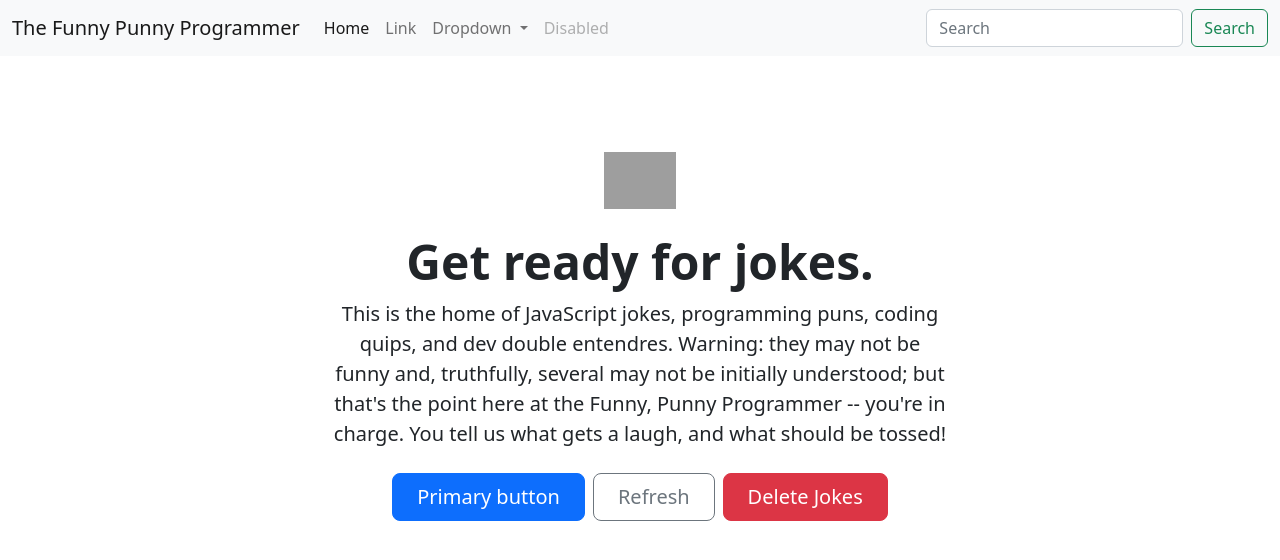
Repository: annferracane/phase-1-personal-project
Page: index.html
The author's editor kept a copy of each file at every save. The page is drawn from the files as they stood at one save, then again after a run of saves.
The browser window is 1280 px wide. The pictures show the whole page.
Pictures or frames that could not be fetched are drawn as grey boxes. The page's requests for data from a server got no answer.

Above is the page before, as saved 2022-12-07 20:22:39.

### index.html

<!DOCTYPE html>
<html lang="en">
    <head>
        <meta charset="utf-8">
        <meta name="viewport" content="width=device-width, initial-scale=1">
        <link href="https://cdn.jsdelivr.net/npm/bootstrap@5.2.2/dist/css/bootstrap.min.css" rel="stylesheet" integrity="sha384-Zenh87qX5JnK2Jl0vWa8Ck2rdkQ2Bzep5IDxbcnCeuOxjzrPF/et3URy9Bv1WTRi" crossorigin="anonymous">
        <link rel="stylesheet" href="./style.css" />
        <script defer src="./src/index.js"></script>
        <title>The Funny Punny Programmer</title>
    </head>
    <body>
        <nav class="navbar navbar-expand-lg bg-light">
            <div class="container-fluid">
              <a class="navbar-brand mb-0 h1" href="#">The Funny Punny Programmer</a>
              <button class="navbar-toggler" type="button" data-bs-toggle="collapse" data-bs-target="#navbarSupportedContent" aria-controls="navbarSupportedContent" aria-expanded="false" aria-label="Toggle navigation">
                <span class="navbar-toggler-icon"></span>
              </button>
              <div class="collapse navbar-collapse" id="navbarSupportedContent">
                <ul class="navbar-nav me-auto mb-2 mb-lg-0">
                  <li class="nav-item">
                    <a class="nav-link active" aria-current="page" href="#">Home</a>
                  </li>
                  <li class="nav-item">
                    <a class="nav-link" href="#">Link</a>
                  </li>
                  <li class="nav-item dropdown">
                    <a class="nav-link dropdown-toggle" href="#" role="button" data-bs-toggle="dropdown" aria-expanded="false">
                      Dropdown
                    </a>
                    <ul class="dropdown-menu">
                      <li><a class="dropdown-item" href="#">Action</a></li>
                      <li><a class="dropdown-item" href="#">Another action</a></li>
                      <li><hr class="dropdown-divider"></li>
                      <li><a class="dropdown-item" href="#">Something else here</a></li>
                    </ul>
                  </li>
                  <li class="nav-item">
                    <a class="nav-link disabled">Disabled</a>
                  </li>
                </ul>
                <form class="d-flex" role="search">
                  <input class="form-control me-2" type="search" placeholder="Search" aria-label="Search">
                  <button class="btn btn-outline-success" type="submit">Search</button>
                </form>
              </div>
            </div>
        </nav>
        <div class="px-4 py-5 my-5 text-center">
            <img class="d-block mx-auto mb-4" src="/docs/5.2/assets/brand/bootstrap-logo.svg" alt="" width="72" height="57">
            <h1 id="hero-header" class="display-5 fw-bold"></h1>
            <div class="col-lg-6 mx-auto">
                <p id="hero-content" class="lead mb-4"></p>
                <div class="d-grid gap-2 d-sm-flex justify-content-sm-center">
                    <button type="button" class="btn btn-primary btn-lg px-4 gap-3">Primary button</button>
                    <button id="refresh-jokes-btn" type="button" class="btn btn-outline-secondary btn-lg px-4">Refresh</button>
                    <button id="delete-jokes-btn" type="button" class="btn btn-danger btn-lg px-4 gap-3">Delete Jokes</button>
                </div>
            </div>
        </div>
        <div class="container-sm">
            <div id="joke-cards-div" class="vstack gap-4"></div>
        </div>
    </body>
</html>

### src/index.js
// DOM Global Variables & Event Listeners
const localUrlBase = 'http://localhost:3000/jokes';
const jokeCardsDiv = document.querySelector('#joke-cards-div');
const deleteJokesBtn = document.querySelector('#delete-jokes-btn');
const refreshJokesBtn = document.querySelector('#refresh-jokes-btn');
deleteJokesBtn.addEventListener('click', deleteJokesHandler);
refreshJokesBtn.addEventListener('click', function(){
    setTimeout(function(){
        fetchNewJokes();
    }, 1000);
});

// DOM Content Updates
document.querySelector('#hero-header').textContent = 'Get ready for jokes.';
document.querySelector('#hero-content').textContent =
`This is the home of JavaScript jokes, programming puns, coding
quips, and dev double entendres. Warning: they may not be funny and,
truthfully, several may not be initially understood; but that's the
point here at the Funny, Punny Programmer -- you're in charge.
You tell us what gets a laugh, and what should be tossed!`;

//fetchNewJokes();
// Display Jokes
displayJokes();

//refreshJokesHandler();

// Fetch jokes from local db.json and call display function
function displayJokes() {
    fetch(localUrlBase)
    .then(resp => resp.json())
    .then(jokeData => createJokeToDisplay(jokeData))
    .catch(error => console.log(`Error with local db: ${error}`));
}

// Display jokes on web app
function createJokeToDisplay(jokeData) {
    // Specify which div on index.html to later append joke div
    const jokeCardsDiv = document.querySelector('#joke-cards-div');

    jokeData.forEach(joke => {
        // Build div that holds joke content and voting button container
        const divJoke = document.createElement('div');
        divJoke.className = 'bg-light border p-3';
        divJoke.id = `joke-${joke.id}`;

        // Build paragraph for joke content
        const jokeParagraph = document.createElement('p');
        jokeParagraph.innerHTML = joke.joke;

        // Build div to hold voting buttons
        const divVoteBtns = document.createElement('div');
        divVoteBtns.className = 'hstack gap-3';

        // Build upvote button
        const upvoteBtn = document.createElement('button');
        upvoteBtn.type = 'button';
        upvoteBtn.className = 'btn btn-outline-primary';
        upvoteBtn.textContent = 'upvote ↑';

        // Build downvote button
        const downvoteBtn = document.createElement('button');
        downvoteBtn.type = 'button';
        downvoteBtn.className = 'btn btn-outline-danger';
        downvoteBtn.textContent = 'downvote ↓';

        // Build button divider
        const divBtnDivider = document.createElement('div');
        divBtnDivider.className = 'vr';

        // Append voting buttons and divider div to div for voting buttons
        divVoteBtns.appendChild(upvoteBtn);
        divVoteBtns.appendChild(divBtnDivider);
        divVoteBtns.appendChild(downvoteBtn);

        // Append joke paragraph and div for voting buttons to joke div
        divJoke.appendChild(jokeParagraph);
        divJoke.appendChild(divVoteBtns);

        // Append joke div to joke div container
        jokeCardsDiv.appendChild(divJoke);
    })

}

function displayJoke() {
    const divJoke = document.createElement('div');
        divJoke.className = 'bg-light border p-3';
        divJoke.id = `joke-${joke.id}`;

        // Build paragraph for joke content
        const jokeParagraph = document.createElement('p');
        jokeParagraph.innerHTML = joke.joke;

        // Build div to hold voting buttons
        const divVoteBtns = document.createElement('div');
        divVoteBtns.className = 'hstack gap-3';

        // Build upvote button
        const upvoteBtn = document.createElement('button');
        upvoteBtn.type = 'button';
        upvoteBtn.className = 'btn btn-outline-primary';
        upvoteBtn.textContent = 'upvote ↑';

        // Build downvote button
        const downvoteBtn = document.createElement('button');
        downvoteBtn.type = 'button';
        downvoteBtn.className = 'btn btn-outline-danger';
        downvoteBtn.textContent = 'downvote ↓';

        // Build button divider
        const divBtnDivider = document.createElement('div');
        divBtnDivider.className = 'vr';

        // Append voting buttons and divider div to div for voting buttons
        divVoteBtns.appendChild(upvoteBtn);
        divVoteBtns.appendChild(divBtnDivider);
        divVoteBtns.appendChild(downvoteBtn);

        // Append joke paragraph and div for voting buttons to joke div
        divJoke.appendChild(jokeParagraph);
        divJoke.appendChild(divVoteBtns);

        // Append joke div to joke div container
        jokeCardsDiv.appendChild(divJoke);
}

function deleteJokesHandler() {
    // Delete jokes from local db and dom, fetch new jokes, display jokes
    jokeCardsDiv.innerHTML = '';
    setTimeout(() => {clearJokeDatabase(); }, 2000);
    setTimeout(() => {fetchNewJokes(); }, 2000);
    setTimeout(() => {displayJokes(); }, 2000);
}

function clearJokeDatabase() {
    fetch(localUrlBase)
    .then(resp => resp.json())
    .then(jokeData => deleteJoke(jokeData))
    .catch(error => console.log(`Error with local db in refresh handler: ${error}`));
}

function deleteJoke(jokeData) {
    jokeData.forEach(joke => {
        // Build fetch url for delete
        const fetchURL = `${localUrlBase}/${joke.id}`;
        // Delete from db.json
        fetch(fetchURL, {
            headers: {
                'Content-Type': 'application/json',
                'Accept': 'application/json'
            },
            method: 'DELETE'
        })
    })
}

function fetchNewJokes() {
    // Call fetch to Joke API to refresh
    fetch('https://v2.jokeapi.dev/joke/Programming?blacklistFlags=nsfw,religious,political,racist,sexist,explicit&amount=10')
    .then(resp => resp.json())
    .then(jokeAPIData => addJokeToDatabase(jokeAPIData.jokes))
    .catch(error => console.log(`Error with joke API: ${error}`));
}

// Function that
function addJokeToDatabase(jokeAPIData) {
    // Loop through jokes from Joke API and standaridize format for later display
    jokeAPIData.forEach(jokeAPI => {
        // Standardize joke json format (jokes from API are single or two-part jokes)
        let joke;
        if(jokeAPI.type == 'single') {
            joke = jokeAPI.joke;
        } else if (jokeAPI.type == 'twopart') {
            joke = `<b>Setup:</b> ${jokeAPI.setup}<br><br><b>Delivery:</b> ${jokeAPI.delivery}`;
        } else {
            console.log('Unable to display joke content.');
        };

        // Build joke object for post to local db.json
        const jokeConfigObj = {
            category: jokeAPI.category,
            type: jokeAPI.type,
            idJokeAPI: jokeAPI.id,
            language: jokeAPI.lang,
            joke: joke
        }

        console.log(jokeConfigObj);

        // Post to local db.json
        fetch('http://localhost:3000/jokes', {
        method: 'POST',
        headers: {
            'Content-Type': 'application/json'
        },
        body: JSON.stringify(jokeConfigObj)
        })
        .then(resp => console.log(resp))
        .catch(error => console.log(`Error in addJokeToDatabase function: ${error}`));

    });
}


function replaceJoke() {
    // Call fetch to Joke API to refresh
    fetch('https://v2.jokeapi.dev/joke/Programming?blacklistFlags=nsfw,religious,political,racist,sexist,explicit&amount=10')
    .then(resp => resp.json())
    .then(jokeAPIData => addJokeToDatabase(jokeAPIData.jokes))
    .catch(error => console.log(`Error with joke API: ${error}`));
}

Loaded but not shown: style.css (no stored copy; drawn as an empty file)

After the next 4 saves:
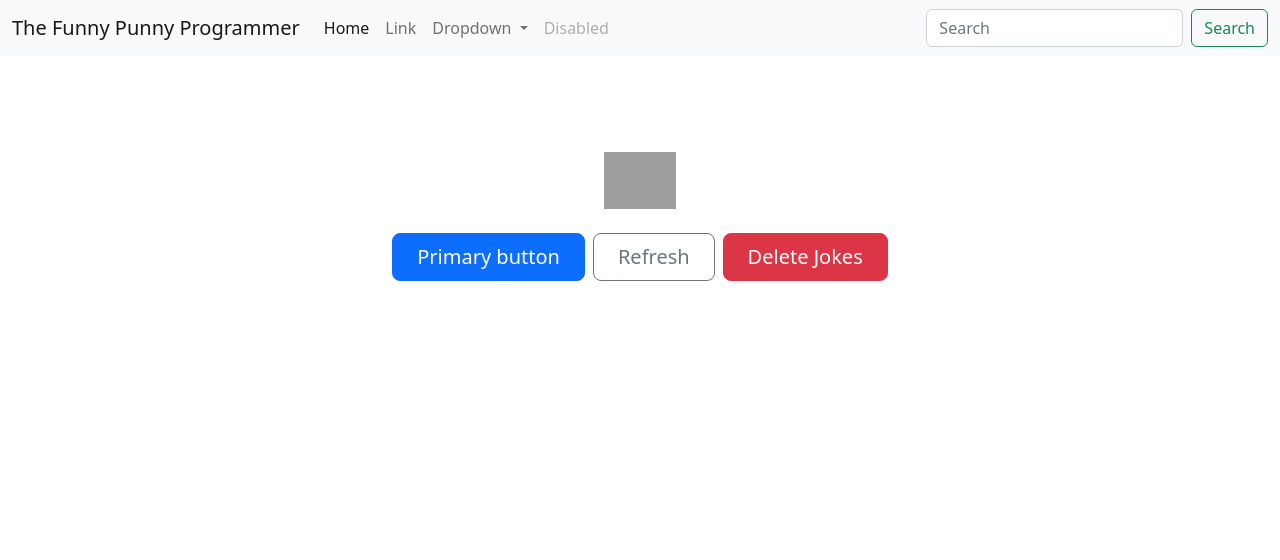
Console error: SyntaxError: missing ) after argument list
The 4 saves are shown as one change because they came seconds apart.
The last was saved 111 s later.
--- a/src/index.js
+++ b/src/index.js
@@ -4,6 +4,7 @@
 const deleteJokesBtn = document.querySelector('#delete-jokes-btn');
 const refreshJokesBtn = document.querySelector('#refresh-jokes-btn');
 deleteJokesBtn.addEventListener('click', deleteJokesHandler);
+refreshJokesBtn.addEventListener('click', fetchNewJokes
 refreshJokesBtn.addEventListener('click', function(){
     setTimeout(function(){
         fetchNewJokes();

After the 2 saves that followed:
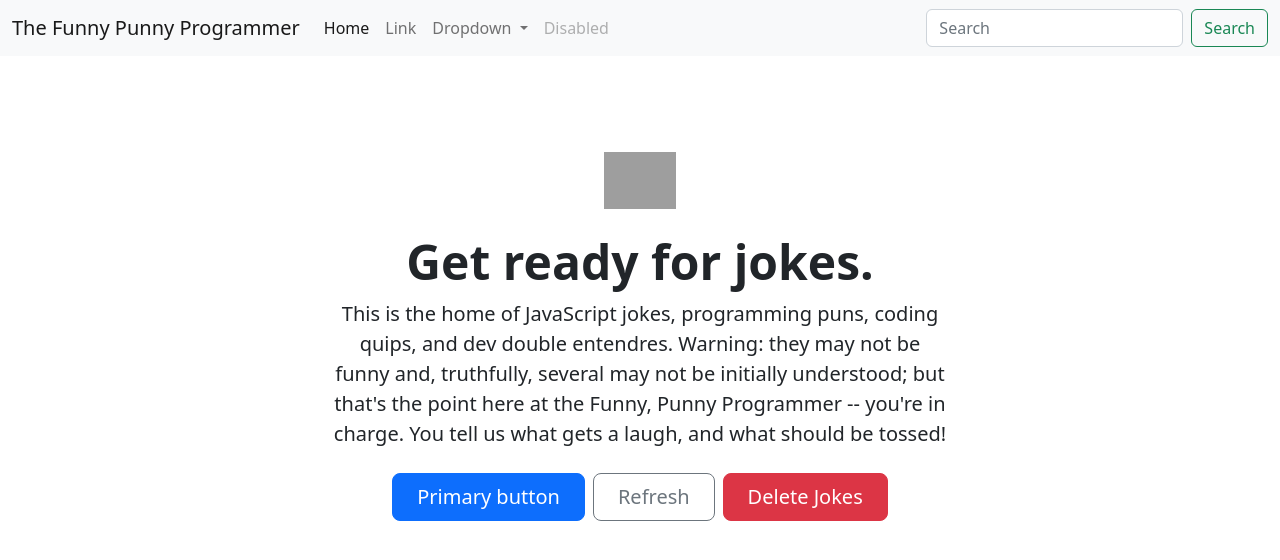
The error is gone.
The 2 saves are shown as one change because they came seconds apart.
The last was saved 7 s later.
--- a/src/index.js
+++ b/src/index.js
@@ -4,7 +4,7 @@
 const deleteJokesBtn = document.querySelector('#delete-jokes-btn');
 const refreshJokesBtn = document.querySelector('#refresh-jokes-btn');
 deleteJokesBtn.addEventListener('click', deleteJokesHandler);
-refreshJokesBtn.addEventListener('click', fetchNewJokes
+
 refreshJokesBtn.addEventListener('click', function(){
     setTimeout(function(){
         fetchNewJokes();
